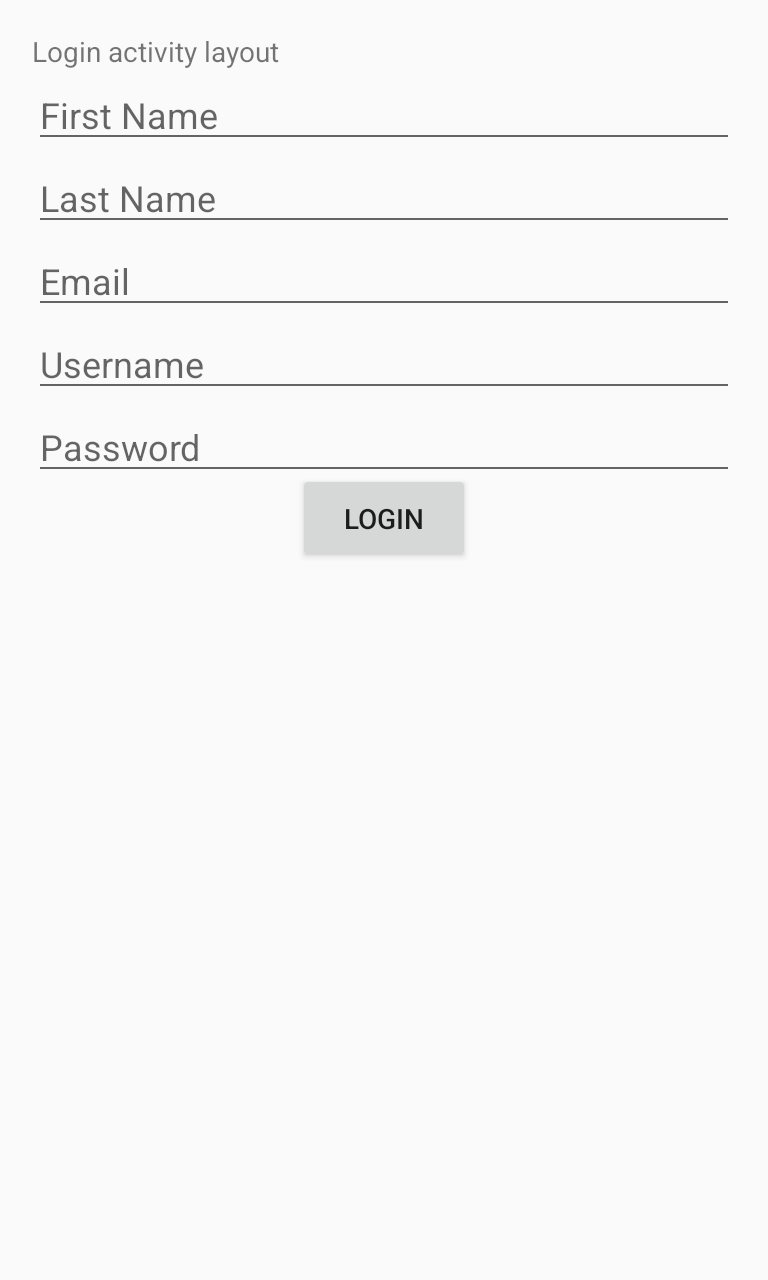
Repository: morgancundiff/TrollApp
Layout: Troll/res/layout/signup_layout.xml
An editor plug-in stored every save of this project. The layout is shown before and after the next save, followed by the edit.
It is drawn on a 768 x 1280 px phone screen (xhdpi) without system bars, with theme AppTheme; the app's code is not run.

Above is the layout before, as saved 2014-05-29 19:09:23.

### Troll/res/layout/signup_layout.xml
<?xml version="1.0" encoding="utf-8"?>
<RelativeLayout xmlns:android="http://schemas.android.com/apk/res/android"
    xmlns:tools="http://schemas.android.com/tools"
    android:layout_width="match_parent"
    android:layout_height="match_parent"
    android:paddingBottom="@dimen/activity_vertical_margin"
    android:paddingLeft="@dimen/activity_horizontal_margin"
    android:paddingRight="@dimen/activity_horizontal_margin"
    android:paddingTop="@dimen/activity_vertical_margin"
    tools:context=".LoginActivity" >

    <TextView
        android:id="@+id/textView1"
        android:layout_width="wrap_content"
        android:layout_height="wrap_content"
        android:layout_alignParentLeft="true"
        android:layout_alignParentRight="true"
        android:text="Login activity layout" />


        <EditText
        android:id="@+id/SignupFirstName"
        android:layout_height="wrap_content"
        android:hint="First Name"
        android:inputType="textPersonName"
        android:layout_below="@+id/textView1"
        android:layout_width="fill_parent">
        </EditText>

        <EditText
        android:id="@+id/SignupLastName"
        android:layout_height="wrap_content"
        android:hint="Last Name"
        android:inputType="textPersonName"
        android:layout_below="@+id/SignupFirstName"
        android:layout_width="fill_parent">
        </EditText>

                           <EditText
        android:id="@+id/SignupEmail"
        android:layout_height="wrap_content"
        android:hint="Email"
        android:inputType="textEmailAddress"
        android:layout_below="@+id/SignupLastName"
        android:layout_width="fill_parent">
        </EditText>

    <EditText
        android:id="@+id/SignupUserName"
        android:layout_height="wrap_content"
        android:hint="Username"
        android:inputType="textPersonName"
        android:layout_below="@+id/SignupEmail"
        android:layout_width="fill_parent">
    </EditText>

    <EditText
        android:id="@+id/SignupPassword"
        android:layout_height="wrap_content"
        android:hint="Password"
        android:inputType="textPassword"
        android:layout_below="@+id/SignupUserName"
        android:layout_width="fill_parent">
    </EditText>



    <Button
        android:id="@+id/loginBtn"
        android:layout_width="wrap_content"
        android:layout_height="wrap_content"
        android:layout_below="@+id/textView1"
        android:layout_centerHorizontal="true"
        android:layout_marginTop="200dp"
        android:text="Login" />

</RelativeLayout>

Loaded but not shown: Troll/res/values/styles.xml (common file); Troll/res/values-v11/styles.xml (common file); Troll/res/values-v14/styles.xml (common file); Troll/res/values/dimens.xml (common file); Troll/res/values-w820dp/dimens.xml (common file)

After the next save:
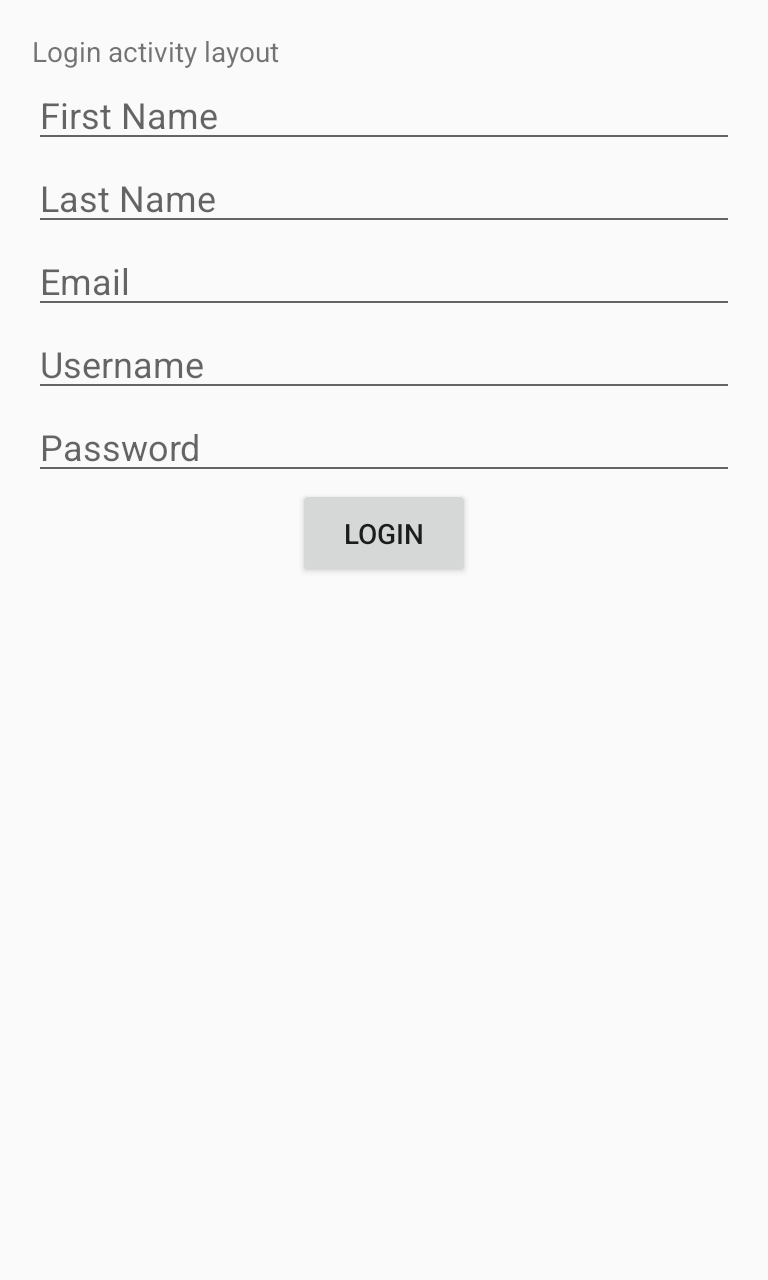
Saved 71 s later.
--- a/Troll/res/layout/signup_layout.xml
+++ b/Troll/res/layout/signup_layout.xml
@@ -66,12 +66,12 @@
 
 
     <Button
-        android:id="@+id/loginBtn"
+        android:id="@+id/signupBtn"
         android:layout_width="wrap_content"
         android:layout_height="wrap_content"
-        android:layout_below="@+id/textView1"
+        android:layout_below="@+id/SignupPassword"
         android:layout_centerHorizontal="true"
-        android:layout_marginTop="200dp"
+
         android:text="Login" />
 
 </RelativeLayout>
